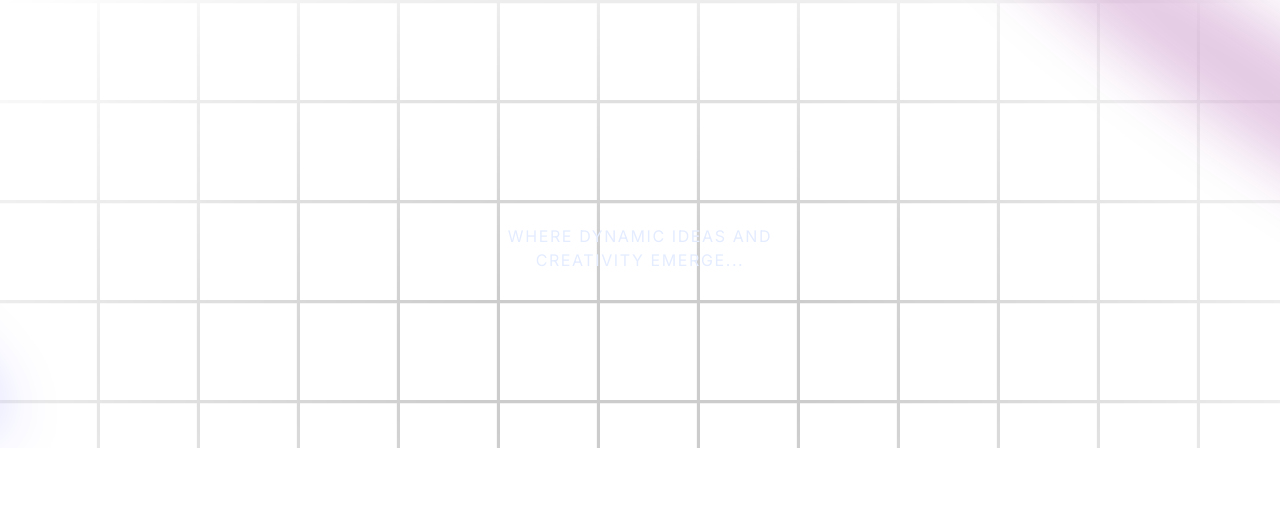
Repository: Carlito-Pedida/node1creative
Page: /
These files come from the project's save history. The page is drawn as it stood at one moment and after the next save; the edit follows.
The browser window is 1280 px wide. The pictures show the whole page.
The project was rebuilt for these pictures with package versions that can differ from the ones it lists, and the page was loaded fresh each time. The framework's server and built-in components were replaced by stand-ins that run in the browser. Also part of the build but not shown: next.config.mjs.

Above is the page before, as saved 2024-11-20 15:02:40.

After the next save:
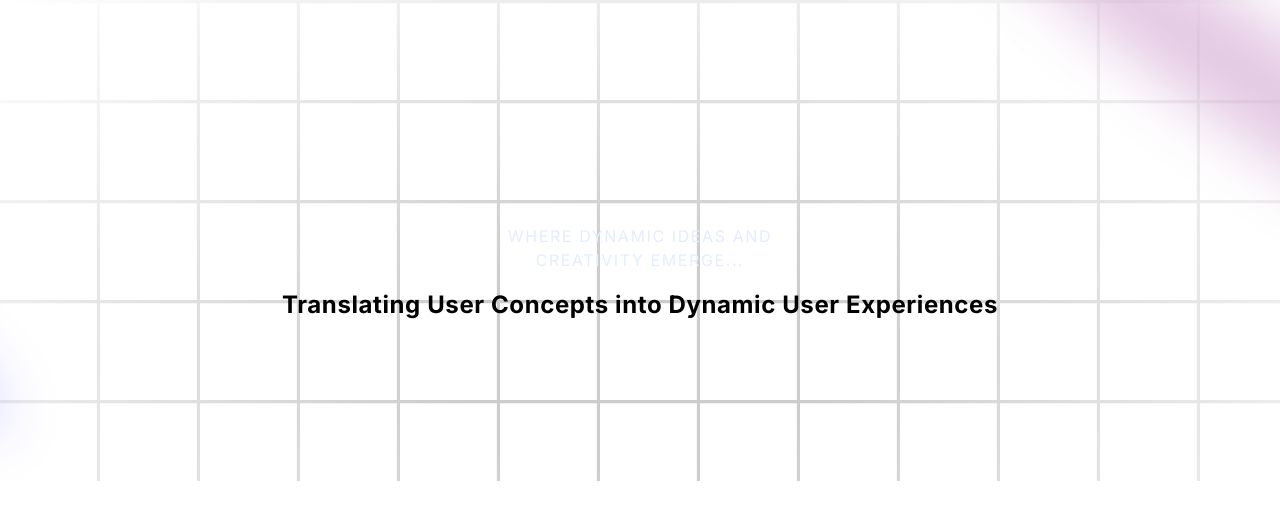
Saved 60 s later.
--- a/components/Hero.tsx
+++ b/components/Hero.tsx
@@ -26,7 +26,10 @@
           <h2 className="uppercase tracking-widest test-xs text-center text-blue-100 max-w-80">
             Where Dynamic Ideas and Creativity Emerge...{" "}
           </h2>
-          <TextGenerateEffect className="" words="" />
+          <TextGenerateEffect
+            className=""
+            words="Translating User Concepts into Dynamic User Experiences"
+          />
         </div>
       </div>
     </div>
